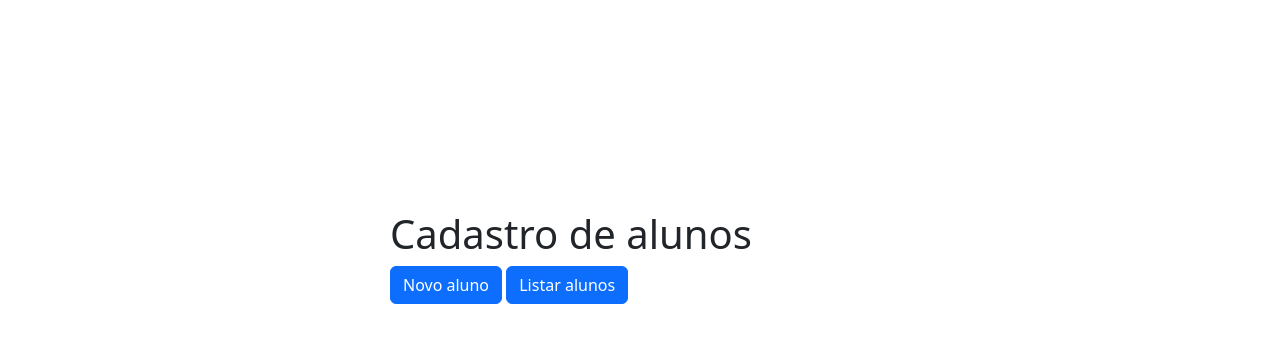
Repository: juliatbarbosa/CRUD-ALUNOS
Page: http://localhost/OlaMundo/alunos/cadastro/index.jsp
An editor plug-in stored every save of this project. The page is shown before and after the next save, followed by the edit.
The browser window is 1280 px wide. The pictures show the whole page.
The page is served by Tomcat 9. Other server files are loaded and not shown.

Above is the page before, as saved 2024-09-29 21:08:34.

### OlaMundo/src/main/webapp/alunos/cadastro/index.jsp
<%@page import="org.alunos.AlunoDAO"%>
<%@ page language="java" contentType="text/html; charset=ISO-8859-1"
    pageEncoding="ISO-8859-1"%>
<!DOCTYPE html>
<html>
<head>
<meta charset="ISO-8859-1">
<title>Página inicial</title>

<link href="https://cdn.jsdelivr.net/npm/bootstrap@5.3.3/dist/css/bootstrap.min.css" rel="stylesheet" integrity="sha384-QWTKZyjpPEjISv5WaRU9OFeRpok6YctnYmDr5pNlyT2bRjXh0JMhjY6hW+ALEwIH" crossorigin="anonymous">
<link href="https://cdn.jsdelivr.net/npm/bootstrap-icons/font/bootstrap-icons.css" rel="stylesheet">

<style>
body {
		display: flex;
		justify-content: center;
		align-items: center;
		height: 100vh;

	}
	.conteudoTela {
		width: 500px;
		height: 300px;


	}

	button a {
	text-decoration: none;
	color: white;
}
</style>
</head>
<body>

	<div class="conteudoTela">

	<h1>Cadastro de alunos</h1>

	<div class="botoes">
			<button type="button" class="btn btn-primary">
				<a href="formulario.jsp?id=0">Novo aluno</a>
			</button>
			<button type="button" class="btn btn-primary">
				<a href="listar.jsp">Listar alunos</a>
			</button>

		</div>
	<br/>

	</div>

	<%


	//AlunoDAO dao = new AlunoDAO();
	//dao.criarTabela();
	%>

	<script src="https://cdn.jsdelivr.net/npm/bootstrap@5.3.3/dist/js/bootstrap.bundle.min.js" integrity="sha384-YvpcrYf0tY3lHB60NNkmXc5s9fDVZLESaAA55NDzOxhy9GkcIdslK1eN7N6jIeHz" crossorigin="anonymous"></script>
</body>
</html>

After the next save:
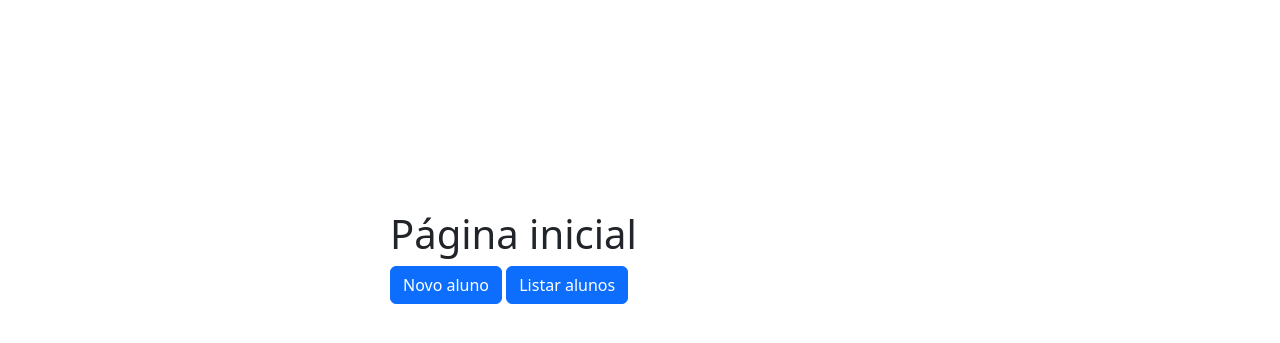
Saved 37 s later.
--- a/OlaMundo/src/main/webapp/alunos/cadastro/index.jsp
+++ b/OlaMundo/src/main/webapp/alunos/cadastro/index.jsp
@@ -35,7 +35,7 @@ body {
 
 	<div class="conteudoTela">
 
-	<h1>Cadastro de alunos</h1>
+	<h1>Página inicial</h1>
 
 	<div class="botoes">
 			<button type="button" class="btn btn-primary">
